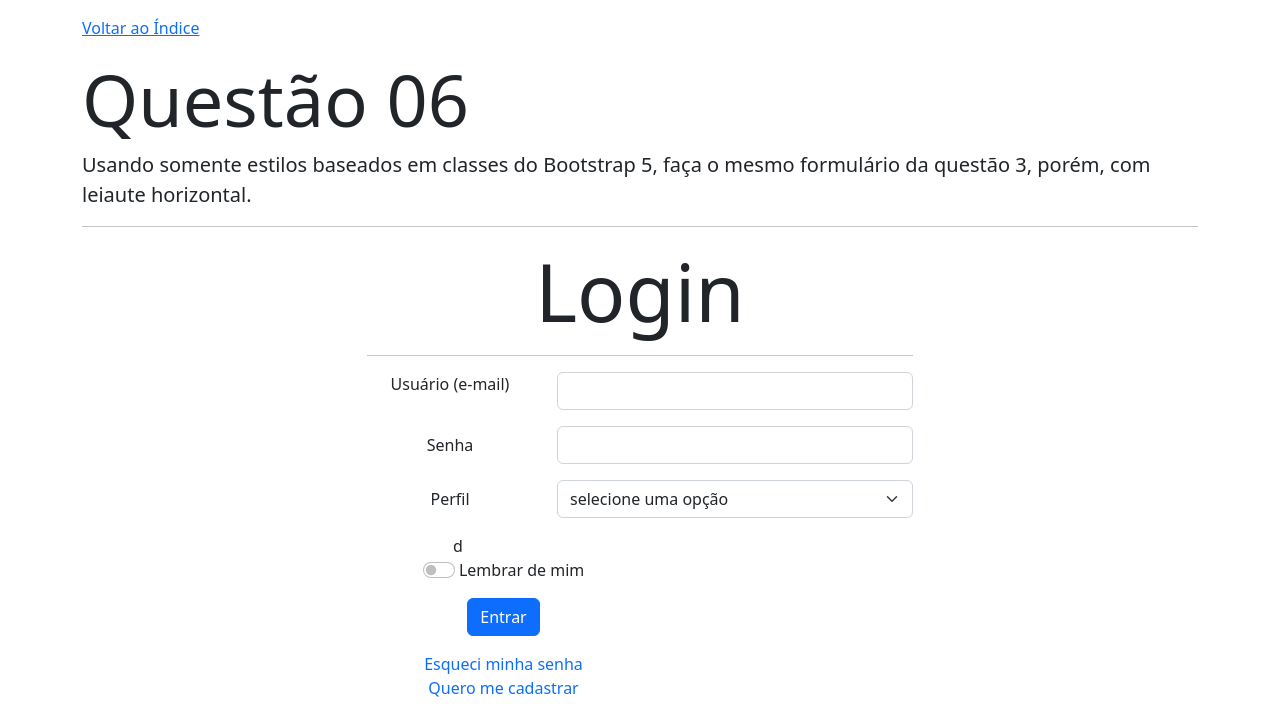
Repository: In-Game-full/Reprograme-se
Page: S-8/Atividade-Pratica-da-Semana-3-do-Replit/questao06.html
The author's editor kept a copy of each file at every save. The page is drawn from the files as they stood at one save, then again after a run of saves.
The browser window is 1280 px wide. The pictures show the whole page.

Above is the page before, as saved 2023-09-12 15:13:40.

### S-8/Atividade-Pratica-da-Semana-3-do-Replit/questao06.html
<!DOCTYPE html>
<html lang="pt-br">

<head>
    <meta charset="UTF-8">
    <meta http-equiv="X-UA-Compatible" content="IE=edge">
    <meta name="viewport" content="width=device-width, initial-scale=1.0">
    <link href="https://cdn.jsdelivr.net/npm/bootstrap@5.2.2/dist/css/bootstrap.min.css" rel="stylesheet">
    <link href="https://cdn.jsdelivr.net/npm/bootstrap-icons@1.10.2/font/bootstrap-icons.css" rel="stylesheet">
    <script src="https://cdn.jsdelivr.net/npm/bootstrap@5.2.2/dist/js/bootstrap.bundle.min.js"></script>
    <title>Questão 06</title>
</head>

<body>
    <div class="container my-3">
        <p><a href="index.html">Voltar ao Índice</a></p>
        <h1 class="display-2">Questão 06</h1>
        <p class="lead">Usando somente estilos baseados em classes do Bootstrap 5, faça o mesmo formulário da questão 3,
            porém, com leiaute horizontal.</p>
        <hr>
    </div>
    <!-- Valor: 1.5 pontos -->
    <!-- FAZER AQUI -->
    <div class="container">
        <div class="row justify-content-center">
            <div class="col-6 text-center">
                <h1 class="display-1">Login</h1>
                <hr>
                <form action="">
                    <div class="row mb-3">
                        <div class="col-4">
                            <label for="usuario" cass="col-form-label">Usuário (e-mail)</label>
                        </div>
                        <div class="col">
                            <input type="text" id="usuario" class="form-control">
                        </div>
                    </div>
                    <div class="row mb-3">
                        <div class="col-4">
                            <label for="senha" class="col-form-label">Senha</label>
                        </div>
                        <div class="col">
                            <input type="text" id="senha" class="form-control">
                        </div>
                    </div>
                    <div class="row">
                        <div class="col-4">
                            <label for="" class="col-form-label">Perfil</label>
                        </div>
                        <div class="col mb-3">
                            <select name="" id="" class="form-select form-select">
                                <option value="" selected disabled>selecione uma opção</option>
                                <option value="">Administrador</option>
                                <option value="">Gerente</option>
                                <option value="">Usuário</option>
                            </select>
                        </div>
                    </div>
                    <div></div>
                    <div class="col-4">d</div>
                    <div class="col-6">
                        <div class="mb-3 form-switch ">
                            <input type="checkbox" id="lembrar" class="form-check-input">
                            <label for="lembrar" class="form-check-label">Lembrar de mim</label>
                        </div>
                        <button type="submit" class="btn btn-primary mb-3">Entrar</button>
                        <div class="mb-0">
                            <a href="#" class="text-decoration-none">Esqueci minha senha</a>
                        </div>
                        <div>
                            <a href="#" class="text-decoration-none">Quero me cadastrar</a>
                        </div>
                    </div>
                </form>
            </div>
        </div>
    </div>
</body>

</html>

After the next 3 saves:
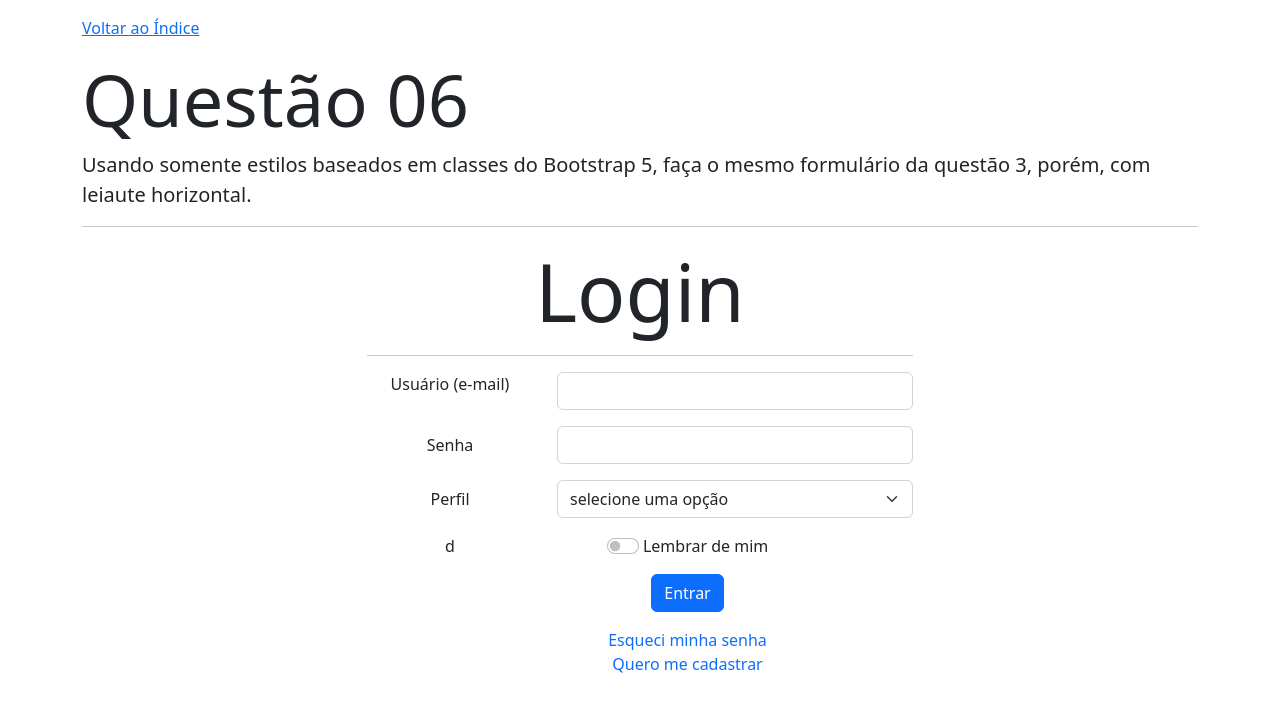
The 3 saves are shown as one change because they came seconds apart.
The last was saved 10 s later.
--- a/S-8/Atividade-Pratica-da-Semana-3-do-Replit/questao06.html
+++ b/S-8/Atividade-Pratica-da-Semana-3-do-Replit/questao06.html
@@ -56,7 +56,7 @@
                             </select>
                         </div>
                     </div>
-                    <div></div>
+                    <div class="row">
                     <div class="col-4">d</div>
                     <div class="col-6">
                         <div class="mb-3 form-switch ">
